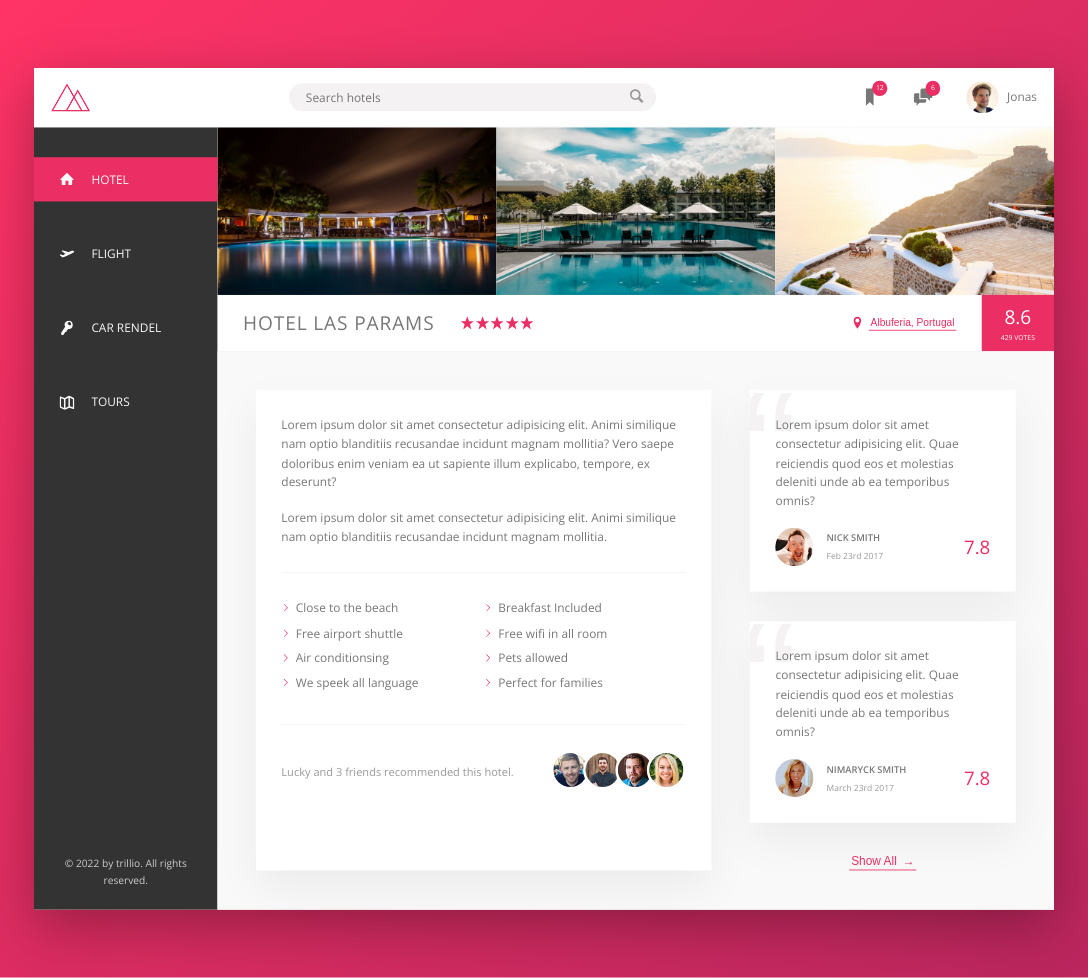
Repository: mohamediyas/flex_website
Page: index.html
The author's editor kept a copy of each file at every save. The page is drawn from the files as they stood at one save, then again after the next save.
The browser window is 1280 px wide. The pictures show the whole page, at 85% of full size.
The style sheet was rebuilt from its Sass, Less or Tailwind sources for each picture, by a compiler version that may differ from the author's.

Above is the page before, as saved 2022-08-06 18:52:41.

### index.html
<!DOCTYPE html>
<html lang="en">
  <head>
    <meta charset="UTF-8" />
    <meta name="viewport" content="width=device-width, initial-scale=1.0" />
    <meta http-equiv="X-UA-Compatible" content="ie=edge" />

    <link
      href="https://fonts.googleapis.com/css?family=Open+Sans:300,400,600"
      rel="stylesheet"
    />
    <link rel="stylesheet" href="css/style.css" />
    <link rel="shortcut icon" type="image/png" href="img/favicon.png" />

    <title>nexter &mdash; your home, your freedom</title>
  </head>
  <body>
    <div class="container">
      <header class="header">
        <img src="img/logo.png" alt="trilio logo" class="logo" />
        <form action="#" class="search">
          <input
            type="text"
            class="search__input"
            placeholder="Search hotels"
          />
          <button class="search__button">
            <svg class="search__icon">
              <use xlink:href="img/sprite.svg#icon-magnifying-glass"></use>
            </svg>
          </button>
        </form>

        <nav class="user-nav">
          <div class="user-nav__icon-box">
            <svg class="user-nav__icon">
              <use xlink:href="img/sprite.svg#icon-bookmark"></use>
            </svg>
            <span class="user-nav__notification">12</span>
          </div>
          <div class="user-nav__icon-box">
            <svg class="user-nav__icon">
              <use xlink:href="img/sprite.svg#icon-chat"></use>
            </svg>
            <span class="user-nav__notification">6</span>
          </div>
          <div class="user-nav__user">
            <img
              src="img/user.jpg"
              alt="user image"
              class="user-nav__user-photo"
            />
            <span class="user-nav__user-name">Jonas</span>
          </div>
        </nav>
      </header>
      <div class="content">
        <nav class="sidebar">
          <ul class="side-nav">
            <li class="side-nav__item side-nav__item--active">
              <a href="#" class="side-nav__link">
                <svg class="side-nav__icon">
                  <use xlink:href="img/sprite.svg#icon-home"></use>
                </svg>
                <span>Hotel</span>
              </a>
            </li>
            <li class="side-nav__item">
              <a href="#" class="side-nav__link">
                <svg class="side-nav__icon">
                  <use xlink:href="img/sprite.svg#icon-aircraft-take-off"></use>
                </svg>
                <span>Flight</span>
              </a>
            </li>
            <li class="side-nav__item">
              <a href="#" class="side-nav__link">
                <svg class="side-nav__icon">
                  <use xlink:href="img/sprite.svg#icon-key"></use>
                </svg>
                <span>Car Rendel</span>
              </a>
            </li>
            <li class="side-nav__item">
              <a href="#" class="side-nav__link">
                <svg class="side-nav__icon">
                  <use xlink:href="img/sprite.svg#icon-map"></use>
                </svg>
                <span>Tours</span>
              </a>
            </li>
          </ul>
          <div class="legal">&copy; 2022 by trillio. All rights reserved.</div>
        </nav>
        <main class="hotel">
          <div class="gallery">
            <figure class="gallery__item">
              <img
                src="img/hotel-1.jpg"
                aria-label="home photot"
                alt=""
                class="gallery__photo"
              />
            </figure>

            <figure class="gallery__item">
              <img
                src="img/hotel-2.jpg"
                aria-label="home photot"
                alt=""
                class="gallery__photo"
              />
            </figure>

            <figure class="gallery__item">
              <img
                src="img/hotel-3.jpg"
                aria-label="home photot"
                alt=""
                class="gallery__photo"
              />
            </figure>
          </div>
          <div class="overview">
            <h1 class="overview__heading">Hotel las params</h1>
            <div class="overview__stars">
              <svg class="overview__icon-star">
                <use xlink:href="img/sprite.svg#icon-star"></use>
              </svg>
              <svg class="overview__icon-star">
                <use xlink:href="img/sprite.svg#icon-star"></use>
              </svg>
              <svg class="overview__icon-star">
                <use xlink:href="img/sprite.svg#icon-star"></use>
              </svg>
              <svg class="overview__icon-star">
                <use xlink:href="img/sprite.svg#icon-star"></use>
              </svg>
              <svg class="overview__icon-star">
                <use xlink:href="img/sprite.svg#icon-star"></use>
              </svg>
            </div>
            <div class="overview__location">
              <svg class="overview__icon-location">
                <use xlink:href="img/sprite.svg#icon-location-pin"></use>
              </svg>
              <button class="btn-inline">Albuferia, Portugal</button>
            </div>

            <div class="overview__rating">
              <div class="overview__rating-average">8.6</div>

              <div class="overview__rating-count">429 votes</div>
            </div>
          </div>
          <div class="detail">
            <div class="description">
              <p class="paragraph">
                Lorem ipsum dolor sit amet consectetur adipisicing elit. Animi
                similique nam optio blanditiis recusandae incidunt magnam
                mollitia? Vero saepe doloribus enim veniam ea ut sapiente illum
                explicabo, tempore, ex deserunt?
              </p>
              <p class="paragraph">
                Lorem ipsum dolor sit amet consectetur adipisicing elit. Animi
                similique nam optio blanditiis recusandae incidunt magnam
                mollitia.
              </p>
              <ul class="list">
                <li class="list__item">Close to the beach</li>
                <li class="list__item">Breakfast Included</li>
                <li class="list__item">Free airport shuttle</li>
                <li class="list__item">Free wifi in all room</li>
                <li class="list__item">Air conditionsing</li>
                <li class="list__item">Pets allowed</li>
                <li class="list__item">We speek all language</li>
                <li class="list__item">Perfect for families</li>
              </ul>
              <div class="recommend">
                <p class="recommend__count">
                  Lucky and 3 friends recommended this hotel.
                </p>
                <div class="recommend__friends">
                  <img src="img/user-3.jpg" alt="" class="recommend__photo" />
                  <img src="img/user-4.jpg" alt="" class="recommend__photo" />
                  <img src="img/user-5.jpg" alt="" class="recommend__photo" />
                  <img src="img/user-6.jpg" alt="" class="recommend__photo" />
                </div>
              </div>
            </div>
            <div class="user-reviews">
              <figure class="review">
                <blockquote class="review__text">
                  Lorem ipsum dolor sit amet consectetur adipisicing elit. Quae
                  reiciendis quod eos et molestias deleniti unde ab ea
                  temporibus omnis?
                </blockquote>
                <figcaption class="review__user">
                  <img class="review__photo" src="img/user-1.jpg" alt="" />
                  <div class="review__user-box">
                    <p class="review__user-name">Nick smith</p>
                    <p class="review__user-date">Feb 23rd 2017</p>
                  </div>
                  <div class="review__rating">7.8</div>
                </figcaption>
              </figure>
              <figure class="review">
                <blockquote class="review__text">
                  Lorem ipsum dolor sit amet consectetur adipisicing elit. Quae
                  reiciendis quod eos et molestias deleniti unde ab ea
                  temporibus omnis?
                </blockquote>
                <figcaption class="review__user">
                  <img class="review__photo" src="img/user-2.jpg" alt="" />
                  <div class="review__user-box">
                    <p class="review__user-name">NiMaryck smith</p>
                    <p class="review__user-date">March 23rd 2017</p>
                  </div>
                  <div class="review__rating">7.8</div>
                </figcaption>
              </figure>
              <button class="btn-inline">Show All <span>&rarr;</span></button>
            </div>
          </div>
        </main>
      </div>
    </div>
  </body>
</html>

### sass/_base.scss
// COLOR VARIABLES

:root {
  --color-primary: #eb2f64;
  --color-primary-light: #ff3366;
  --color-primary-dark: #ba265d;

  --color-grey-light-1: #faf9f9;
  --color-grey-light-2: #f4f2f2;
  --color-grey-light-3: #f0eeee;
  --color-grey-light-4: #ccc;

  --color-grey-dark-1: #333;
  --color-grey-dark-2: #777;
  --color-grey-dark-3: #999;

  --shadow-dark: 0 2rem 6rem rgba(0, 0, 0, 0.3);
  --shadow-light: 0 2rem 5rem rgba(0, 0, 0, 0.06);

  --line: 1px solid var(--color-grey-light-2);
}

* {
  margin: 0;
  padding: 0;
}

*,
*::after,
*::before {
  box-sizing: inherit;
}

html {
  box-sizing: border-box;
  font-size: 62.5%;
}

body {
  background-image: linear-gradient(
    to right bottom,
    var(--color-primary-light),
    var(--color-primary-dark)
  );
  font-family: "Open Sans", sans-serif;
  font-weight: 400;
  line-height: 1.6;
  background-size: cover;
  background-repeat: no-repeat;
  min-height: 100vh;
  color: var(--color-grey-dark-2);
}

### sass/_components.scss
.logo {
  height: 3.25rem;
  margin-left: 2rem;
}

.search {
  flex: 0 0 40%;

  display: flex;
  justify-content: center;
  align-items: center;

  &__input {
    font-family: inherit;
    font-size: inherit;
    background-color: var(--color-grey-light-2);
    border: none;
    color: inherit;
    padding: 0.7rem 2rem;
    border-radius: 100px;
    width: 90%;
    transition: all 0.2s;
    margin-right: -3.25rem;
    &:focus {
      outline: none;
      width: 100%;
      background-color: var(--color-grey-light-3);
    }
  }

  &::-webkit-input-placeholder {
    font-weight: 100;
    color: var(--color-grey-light-4);
  }

  &__input:focus + &__button {
    background-color: var(--color-grey-light-3);
  }

  &__button {
    border: none;
    background-color: var(--color-grey-light-2);

    &:focus {
      outline: none;
    }

    &:active {
      transform: translateY(2px);
    }
  }

  &__icon {
    height: 2rem;
    width: 2rem;
    fill: var(--color-grey-dark-3);
  }
}

.user-nav {
  align-self: stretch;
  display: flex;
  align-items: center;

  & > * {
    padding: 0 2rem;
    cursor: pointer;
    height: 100%;
    display: flex;
    align-items: center;
  }

  & > *:hover {
    background-color: var(--color-grey-light-2);
  }

  &__icon-box {
    position: relative;
  }

  &__icon {
    height: 2.25rem;
    width: 2.25rem;
    fill: var(--color-grey-dark-2);
  }

  &__notification {
    font-size: 0.8rem;
    height: 1.75rem;
    width: 1.75rem;
    border-radius: 50%;
    background-color: var(--color-primary);
    color: #fff;
    position: absolute;
    top: 1.5rem;
    right: 1.1rem;
    display: flex;
    justify-content: center;
    align-items: center;
  }

  &__user {
  }

  &__user-photo {
    height: 3.75rem;
    border-radius: 50%;
    margin-right: 1rem;
  }

  &__user-name {
  }
}

// side navigation

.side-nav {
  font-size: 1.4rem;
  list-style: none;
  margin-top: 3.5rem;

  &__item {
    position: relative;

    &:not(:last-child) {
      margin-bottom: 3.5rem;
    }
  }

  &__item::before {
    content: "";
    position: absolute;
    top: 0;
    left: 0;
    height: 100%;
    width: 3px;
    background-color: var(--color-primary);
    transform: scaleY(0);
    transition: transform 0.2s, width 0.4s cubic-bezier(1, 0, 0, 1) 0.2s;
  }

  &__item:hover:before,
  &__item--active::before {
    transform: scaleY(1);
    width: 100%;
  }

  &__item:active:before {
    background-color: var(--color-primary-light);
  }

  &__link:link,
  &__link:visited {
    color: var(--color-grey-light-1);
    text-decoration: none;
    text-transform: uppercase;
    display: block;
    padding: 1.5rem 3rem;
    z-index: 10;
    position: relative;
    display: flex;
    align-items: center;
  }

  &__link:hover {
    color: white;
  }

  &__icon {
    width: 1.75rem;
    height: 1.75rem;
    margin-right: 2rem;
    fill: currentColor;
  }
}

.legal {
  font-size: 1.2rem;
  text-align: center;
  color: var(--color-grey-light-4);
  padding: 2.5rem;
}

.gallery {
  display: flex;

  &__photo {
    width: 100%;
    display: block;
  }
}

.overview {
  display: flex;
  border-bottom: 1px solid var(--color-grey-light-2);
  align-items: center;

  &__heading {
    font-size: 2.25rem;
    font-weight: 300;
    text-transform: uppercase;
    letter-spacing: 1px;
    padding: 1.5rem 3rem;
  }
  &__stars {
    // flex: 1;
    margin-right: auto;
    display: flex;
  }
  &__icon-star,
  &__icon-location {
    width: 1.75rem;
    height: 1.75rem;
    fill: var(--color-primary);
  }
  &__location {
    font-size: 1.2rem;
    display: flex;
    align-items: center;
  }

  &__icon-location {
    margin-right: 0.5rem;
  }

  &__rating {
    background-color: var(--color-primary);
    margin-left: 3rem;
    color: #fff;
    align-self: stretch;
    padding: 0 2.25rem;

    display: flex;
    flex-direction: column;
    align-items: center;
    justify-content: center;
  }
  &__rating-average {
    font-size: 2.25rem;
    font-weight: 300;
  }
  &__rating-count {
    font-size: 0.8rem;
    text-transform: uppercase;
  }
}

.paragraph:not(:last-of-type) {
  margin-bottom: 2rem;
}

.list {
  list-style: none;
  margin: 3rem 0;
  padding: 3rem 0;
  border-top: var(--line);
  border-bottom: var(--line);
  display: flex;
  flex-wrap: wrap;

  &__item {
    flex: 0 0 50%;
    margin-bottom: 0.7rem;
  }

  &__item::before {
    content: "";
    display: inline-block;
    height: 1rem;
    width: 1rem;
    margin-right: 0.7rem;
    // background-image: url(../img/chevron-thin-right.svg);

    // background-size: cover;

    // masks
    background-color: var(--color-primary);
    -webkit-mask-image: url(../img/chevron-thin-right.svg);
    -webkit-mask-size: cover;
  }
}

.recommend {
  font-size: 1.3rem;
  color: var(--color-grey-dark-3);

  display: flex;
  align-items: center;
  // justify-content: space-between;
  &__count {
    margin-right: auto;
  }

  &__friend {
  }

  &__photo {
    box-sizing: content-box;
    height: 4rem;
    width: 4rem;
    border-radius: 50%;
    border: 3px solid #fff;

    &:not(:last-child) {
      margin-right: -1.15rem;
    }
  }
}

// reviews

.review {
  background-color: #fff;
  box-shadow: var(--shadow-light);
  padding: 3rem;
  margin-bottom: 3.5rem;
  position: relative;
  overflow: hidden;

  &__text {
    margin-bottom: 2rem;
    z-index: 10;
    position: relative;
  }
  &__user {
    display: flex;
    align-items: center;
  }
  &__photo {
    height: 4.5rem;
    width: 4.5rem;
    border-radius: 50%;
    margin-right: 1.5rem;
  }
  &__user-box {
    margin-right: auto;
  }

  &__user-name {
    font-size: 1.1rem;
    font-weight: 600;
    text-transform: uppercase;
    margin-bottom: 0.4rem;
  }

  &__user-date {
    font-size: 1rem;
    color: var(--color-grey-dark-3);
  }

  &__rating {
    color: var(--color-primary);
    font-size: 2.2rem;
    font-weight: 300;
  }

  &::before {
    content: "\201c";
    position: absolute;
    top: -2.75rem;
    left: -1rem;
    line-height: 1;
    font-size: 20rem;
    color: var(--color-grey-light-2);
    font-family: sans-serif;
    z-index: 1;
  }
}

### sass/_layout.scss
.container {
  max-width: 120rem;
  margin: 8rem auto;
  background-color: var(--color-grey-light-2);
  box-shadow: var(--shadow-dark);
  min-height: 50rem;
}

.header {
  font-size: 1.4rem;
  height: 7rem;
  background-color: #fff;
  border-bottom: 1px solid var(--color-grey-light-2);
  display: flex;
  justify-content: space-between;
  align-items: center;
}

.content {
  display: flex;
}

.sidebar {
  background-color: var(--color-grey-dark-1);
  flex: 0 0 18%;
  display: flex;
  flex-direction: column;
  justify-content: space-between;
}

.hotel {
  background-color: #fff;
  // height: 80rem;
  flex: 1;
}

.detail {
  display: flex;
  padding: 4.5rem;
  font-size: 1.4rem;

  background-color: var(--color-grey-light-1);
  border-bottom: var(--line);
}

.description {
  background-color: #fff;
  flex: 0 0 60%;
  margin-right: 4.5rem;
  box-shadow: var(--shadow-light);
  padding: 3rem;
}

.user-reviews {
  flex: 1;
  display: flex;
  flex-direction: column;
  align-items: center;
}

.btn-inline {
  border: none;
  color: var(--color-primary);
  font-size: inherit;
  border-bottom: 1px solid currentColor;
  padding: 2px;
  display: inline-block;
  background-color: transparent;
  cursor: pointer;
  transition: all 0.2s;

  & span {
    margin-left: 3px;
    transition: margin-left 0.2s;
  }

  &:hover {
    color: var(--color-grey-dark-1);

    span {
      margin-left: 8px;
    }
  }

  &:focus {
    outline: none;
    animation: pulsate 1s infinite;
  }
}

@keyframes pulsate {
  0% {
    transform: scale(1);
    box-shadow: none;
  }
  50% {
    transform: scale(1.05);
    box-shadow: 0 1rem 4rem rgba(0, 0, 0, 0.25);
  }
  100% {
    transform: scale(1);
    box-shadow: none;
  }
}

Loaded but not shown: sass/main.scss (common file)

After the next save:
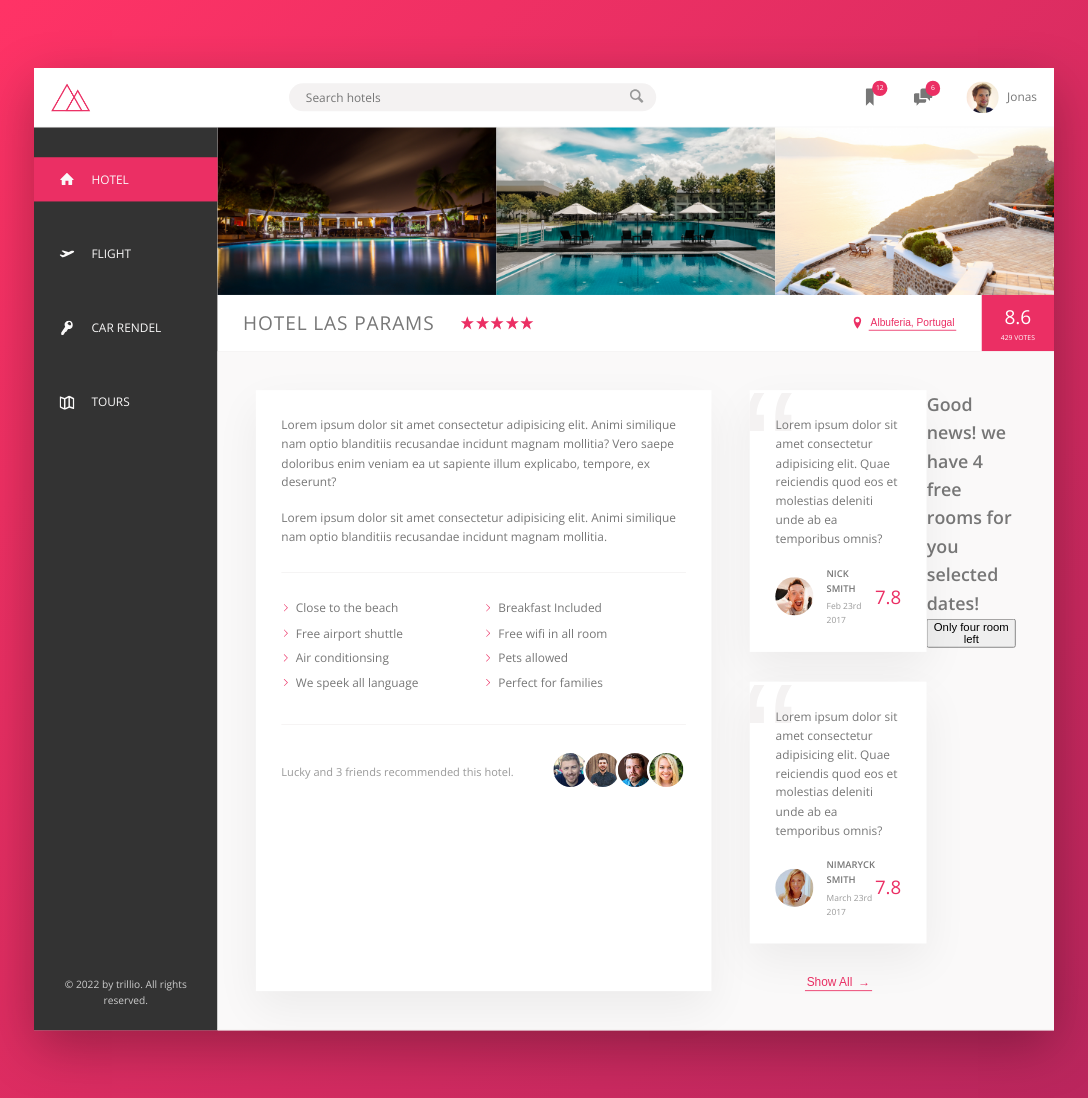
Saved 4 min 28 s later.
--- a/index.html
+++ b/index.html
@@ -221,6 +221,12 @@
               </figure>
               <button class="btn-inline">Show All <span>&rarr;</span></button>
             </div>
+            <div class="cta">
+              <h2 class="cta__book-now">
+                Good news! we have 4 free rooms for you selected dates!
+              </h2>
+              <button class="btn">Only four room left</button>
+            </div>
           </div>
         </main>
       </div>
